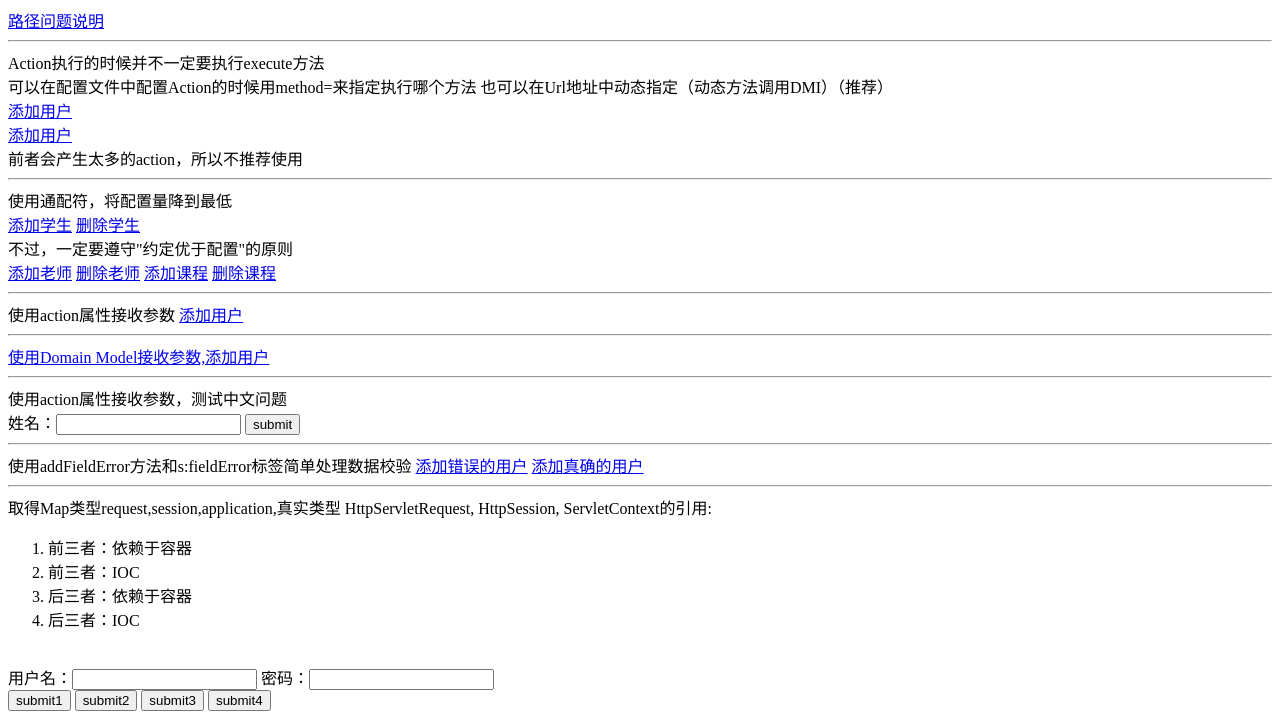
Repository: chellong/StrutsBasic
Page: http://localhost/Struts2.3Sx_1/
The author's editor kept a copy of each file at every save. The page is drawn from the files as they stood at one save, then again after the next save.
The browser window is 1280 px wide. The pictures show the whole page.
The page is served by Tomcat 9. Nobody is signed in. The application's start-up code is not run.

Above is the page before, as saved 2016-01-23 14:45:36.

After the next save:
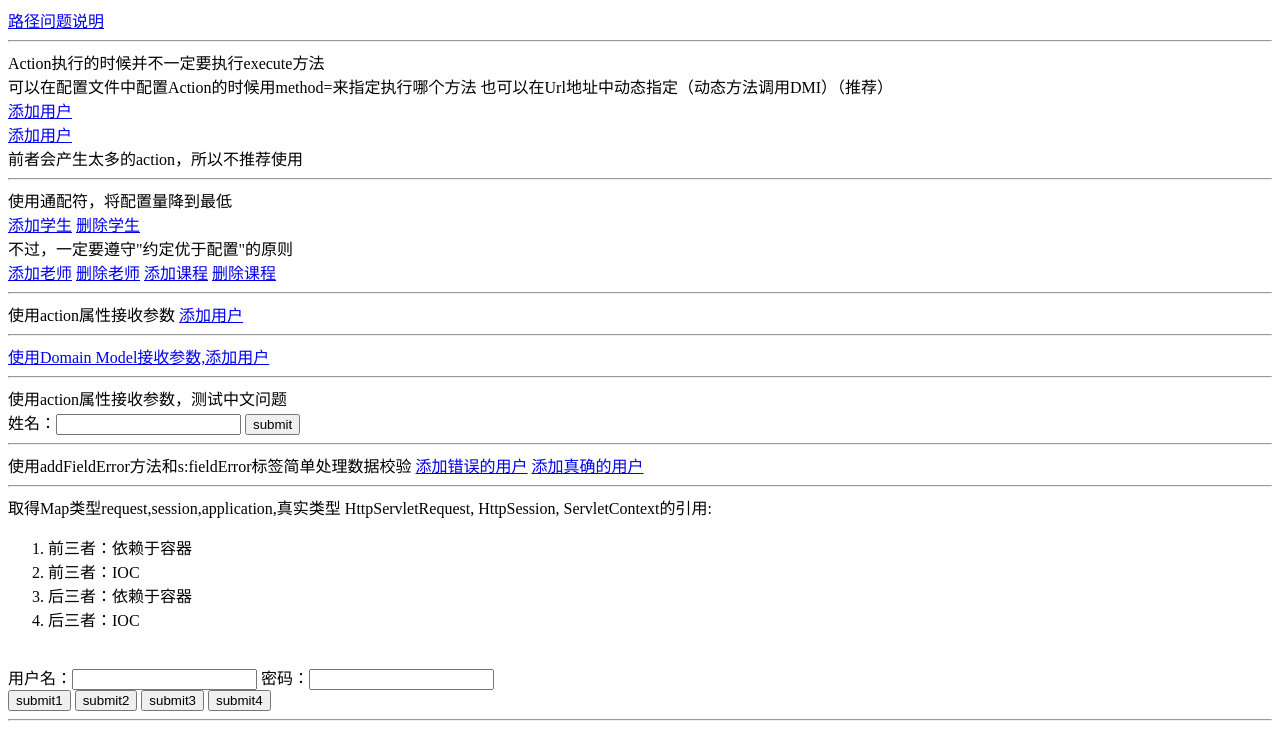
Saved 8 s later.
--- a/Struts2.3Sx_1/WebContent/index.jsp
+++ b/Struts2.3Sx_1/WebContent/index.jsp
@@ -85,5 +85,7 @@
 			onclick="javascript:document.f.action='login/login4';document.f.submit();" />
 	</form>
 
+	<hr style="border: 1 dashed #987cb9" />
+
 </body>
 </html>
